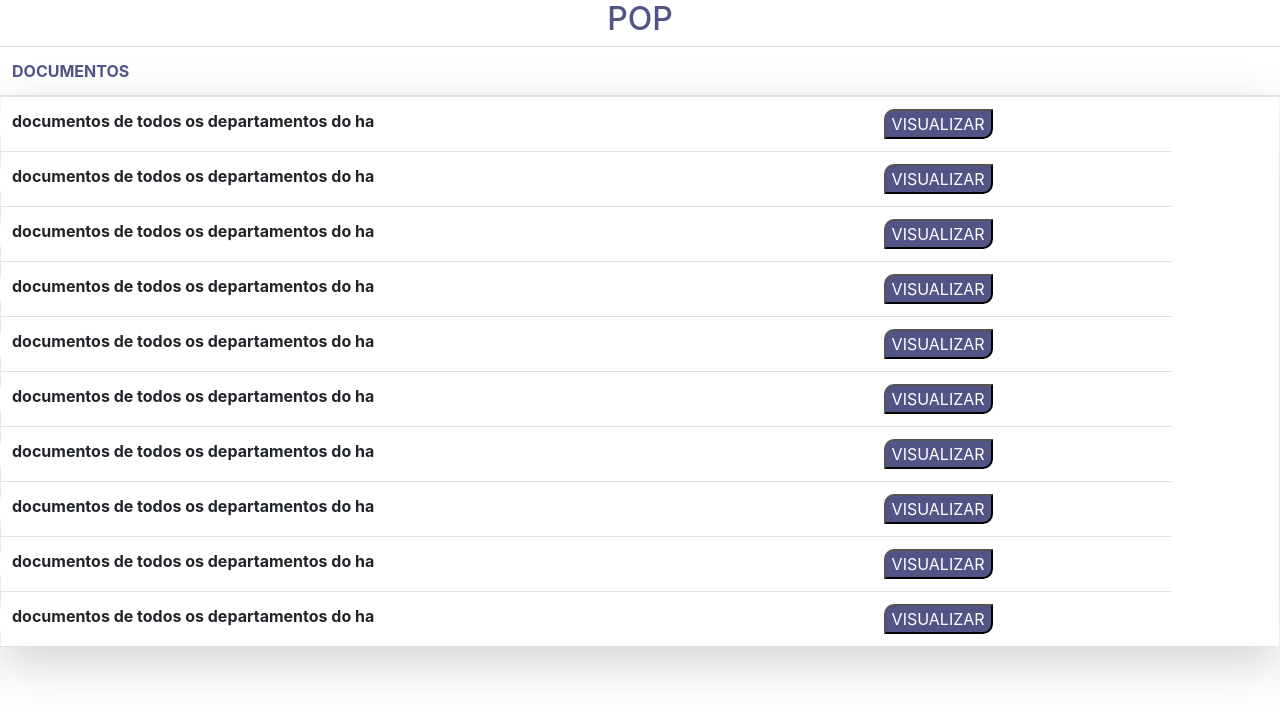
Repository: Leandromarim/INTRANET_PARTICULAR
Page: pop.html
An editor plug-in stored every save of this project. The page is shown before and after the next save, followed by the edit.
The browser window is 1280 px wide. The pictures show the whole page.

Above is the page before, as saved 2021-12-17 10:19:09.
Not found: ajax.js

After the next save:
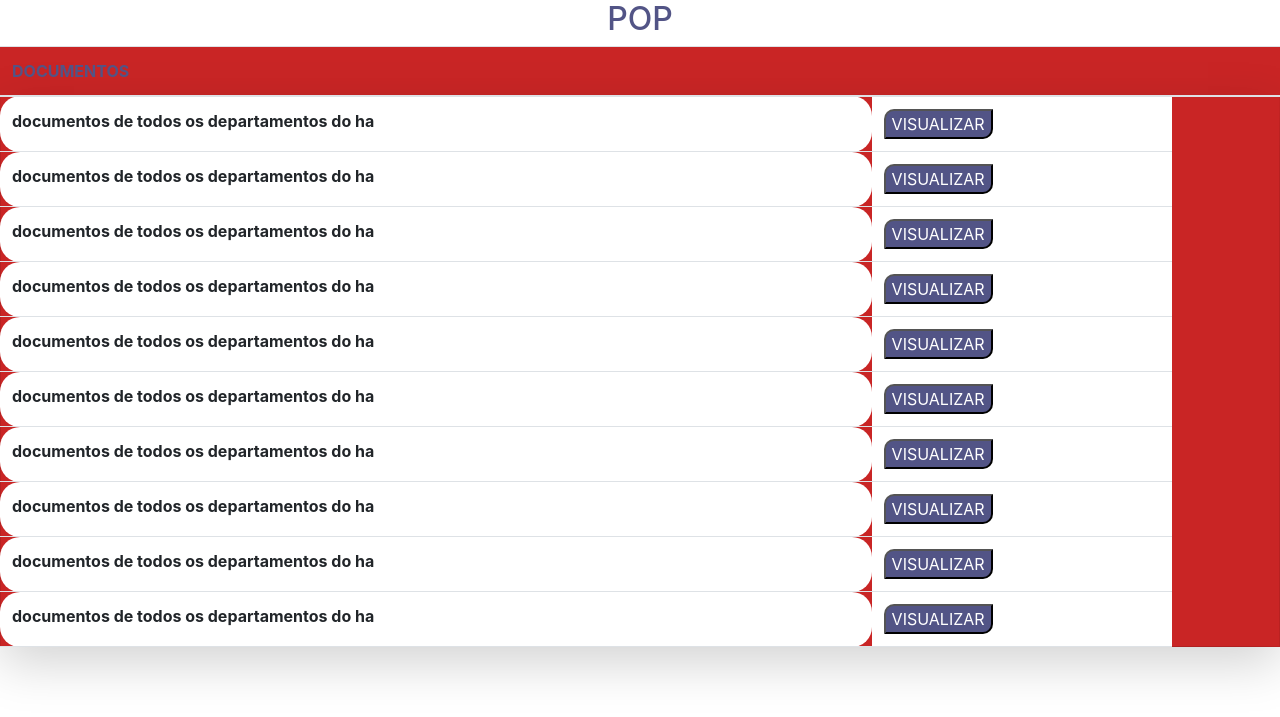
Saved 11 s later.
--- a/assets/css/tables.css
+++ b/assets/css/tables.css
@@ -18,7 +18,7 @@
 
 
 main table.table {
-    background-color: #fff;
+    background-color: rgb(201, 37, 37);
 }
 
 th.celula,

After the save that followed:
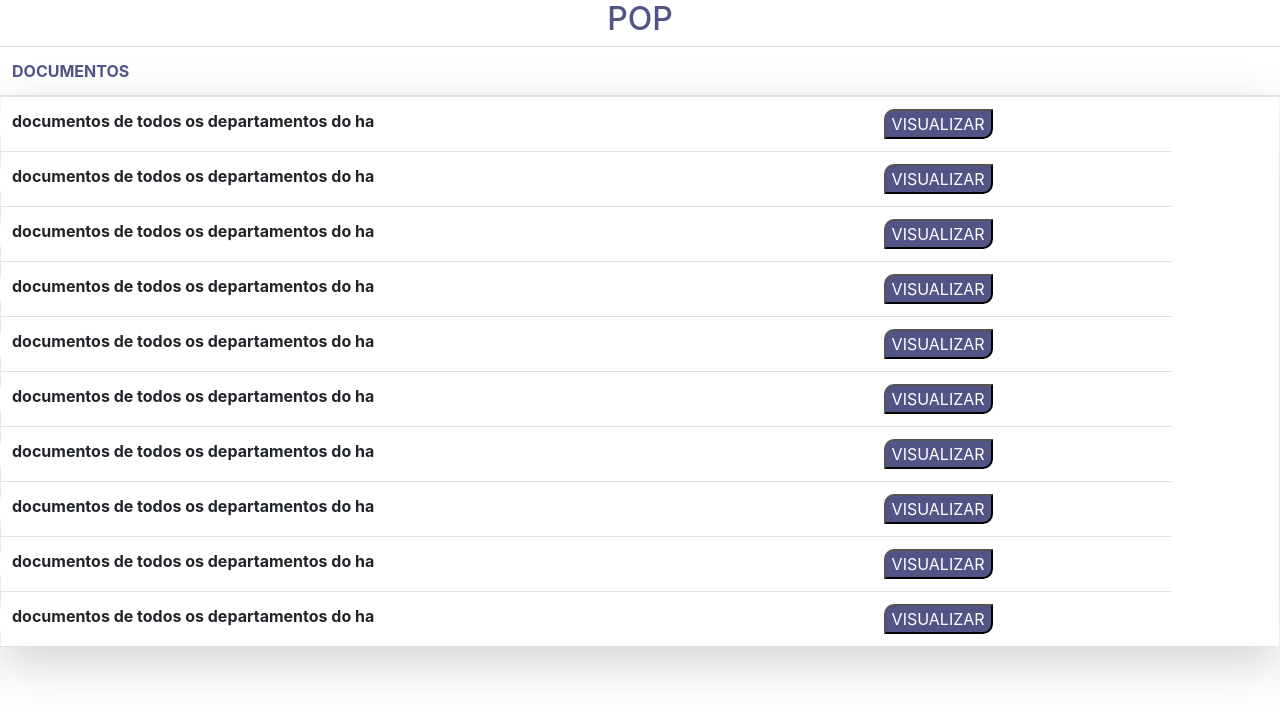
Saved 13 s later.
--- a/assets/css/tables.css
+++ b/assets/css/tables.css
@@ -18,7 +18,7 @@
 
 
 main table.table {
-    background-color: rgb(201, 37, 37);
+    background-color: #fff;
 }
 
 th.celula,
